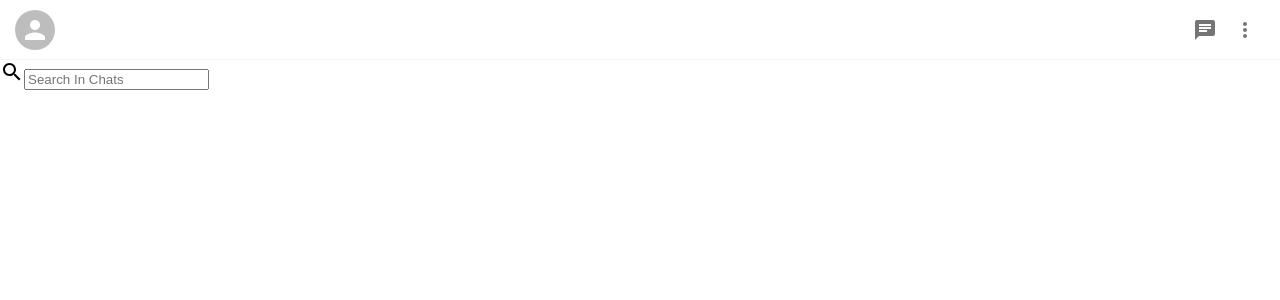
Repository: Qu4ntumGuy/just-text
Page: /
The author's editor kept a copy of each file at every save. The page is drawn from the files as they stood at one save, then again after the next save.
The browser window is 1280 px wide. The pictures show the whole page.
The project was rebuilt for these pictures with package versions that can differ from the ones it lists, and the page was loaded fresh each time. The framework's server and built-in components were replaced by stand-ins that run in the browser. Also part of the build but not shown: next.config.js.

Above is the page before, as saved 2022-08-14 01:07:14.

After the next save:
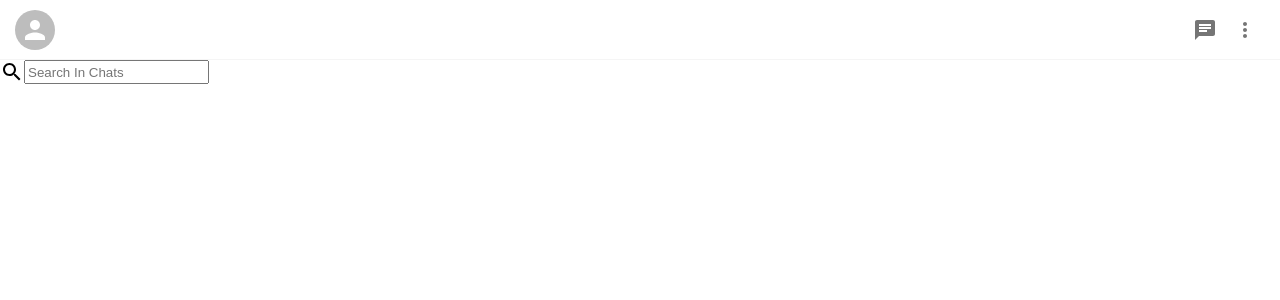
Saved 67 s later.
--- a/Components/Sidebar.js
+++ b/Components/Sidebar.js
@@ -31,7 +31,9 @@
 
 const Container = styled.div``;
 
-const Search = styled.div``;
+const Search = styled.div`
+display: flex;
+`;
 
 const SearchInput = styled.input`
 
